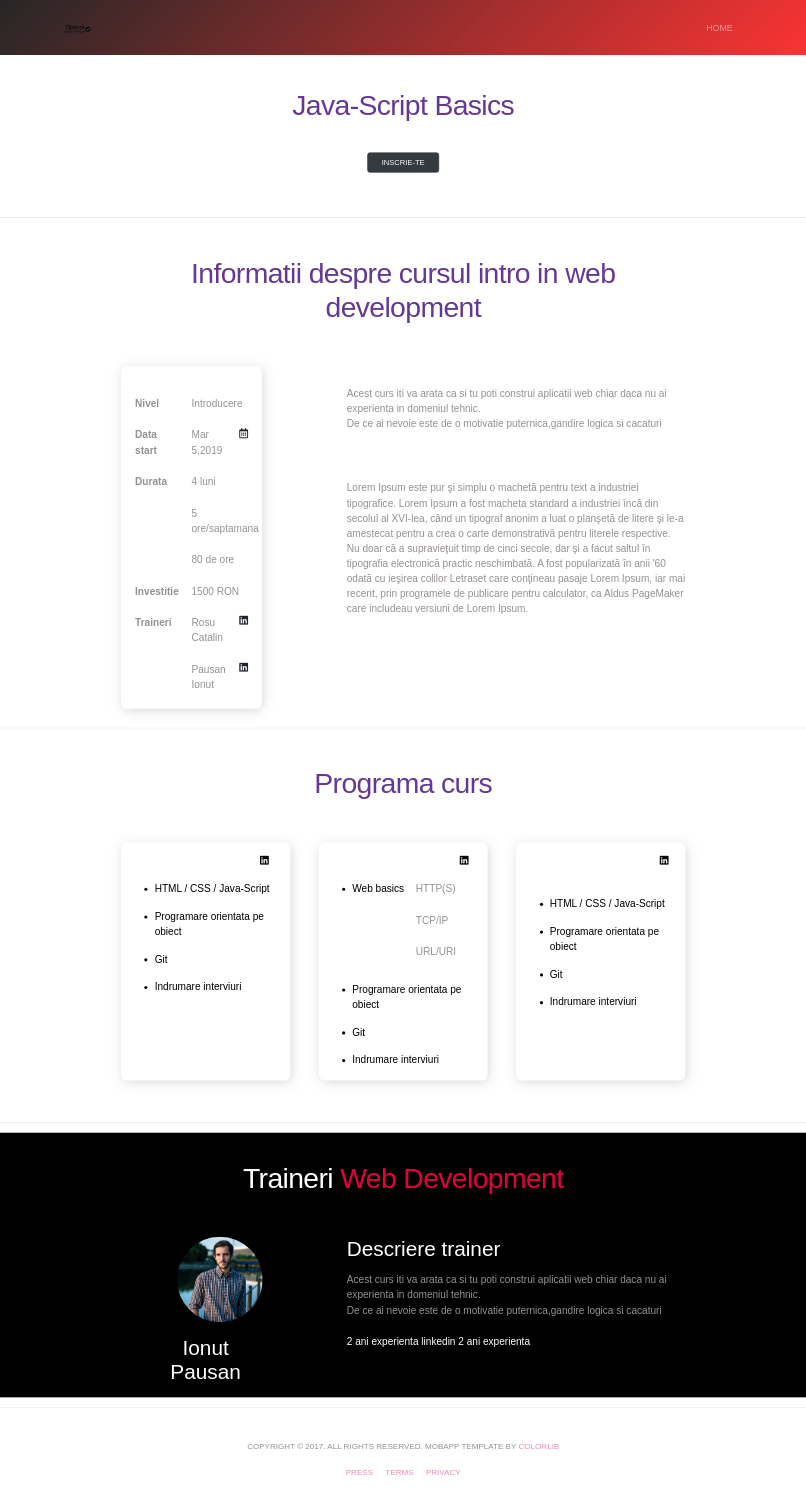
Repository: RosuCatalinDorin/ITSchool
Page: detaliiCurs/views/detalii-curs.html
An editor plug-in stored every save of this project. The page is shown before and after the next save, followed by the edit.
The browser window is 1280 px wide. The pictures show the whole page, at 63% of full size.
Some web libraries are served in a nearby version.

Above is the page before, as saved 2019-03-12 09:16:56.

After the next save:
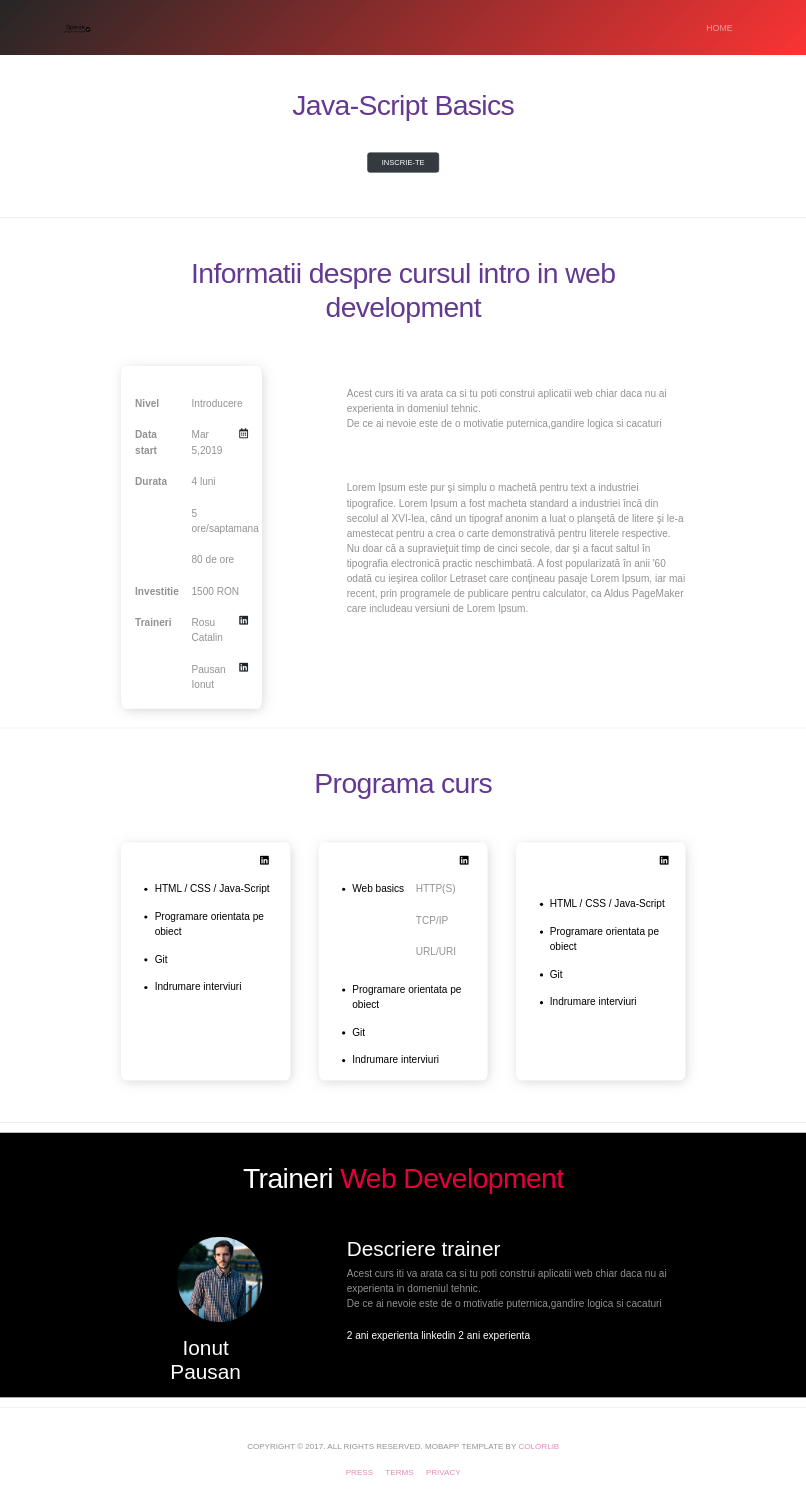
Saved 49 s later.
--- a/detaliiCurs/css/detalii-curs.css
+++ b/detaliiCurs/css/detalii-curs.css
@@ -208,7 +208,7 @@
     text-align: center;
 }
 
-.trainer-description h3,p{
+.trainer-description h4,p{
     padding-bottom: 10px;
 }
 
